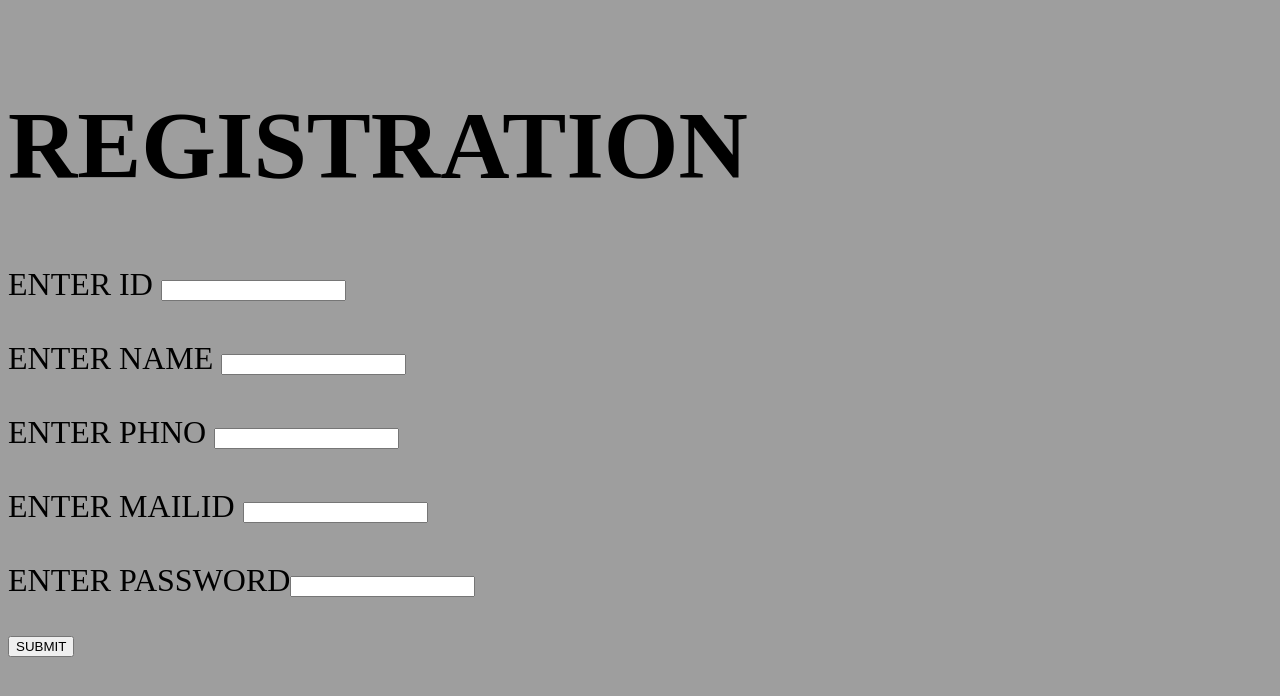
Repository: subhamsourabh265/LibManagementSystemJ2EE-
Page: library/WebContent/registration.html
These files come from the project's save history. The page is drawn as it stood at one moment and after the next save; the edit follows.
The browser window is 1280 px wide. The pictures show the whole page.

Above is the page before, as saved 2015-07-06 20:23:07.

### library/WebContent/registration.html
<!DOCTYPE html PUBLIC "-//W3C//DTD HTML 4.01 Transitional//EN" "http://www.w3.org/TR/html4/loose.dtd">
<html>
<head>
<meta http-equiv="Content-Type" content="text/html; charset=ISO-8859-1">
<title>Registration Page</title>
</head>
<body background="F:\IMAGES\wallpaper\hp_clean_blue_wallpaper_hp_computers_wallpaper_1600_1200_2748.jpg"><br>
<font size = 7 color = black ><h1><b>REGISTRATION</b></h1></font>
<form action="signup" method="post">
<font size = 6 color= black>
ENTER ID     <input type="text" name="n1"><br><br>
ENTER NAME   <input type="text" name="n2"><br><br>
ENTER PHNO   <input type="text" name="n3"><br><br>
ENTER MAILID <input type="text" name="n4"><br><br>
ENTER PASSWORD<input type="text" name="n5"><br><br>
<input type="submit" name="submit" value="SUBMIT">
</font>
</form>
</body>
</html>

After the next save:
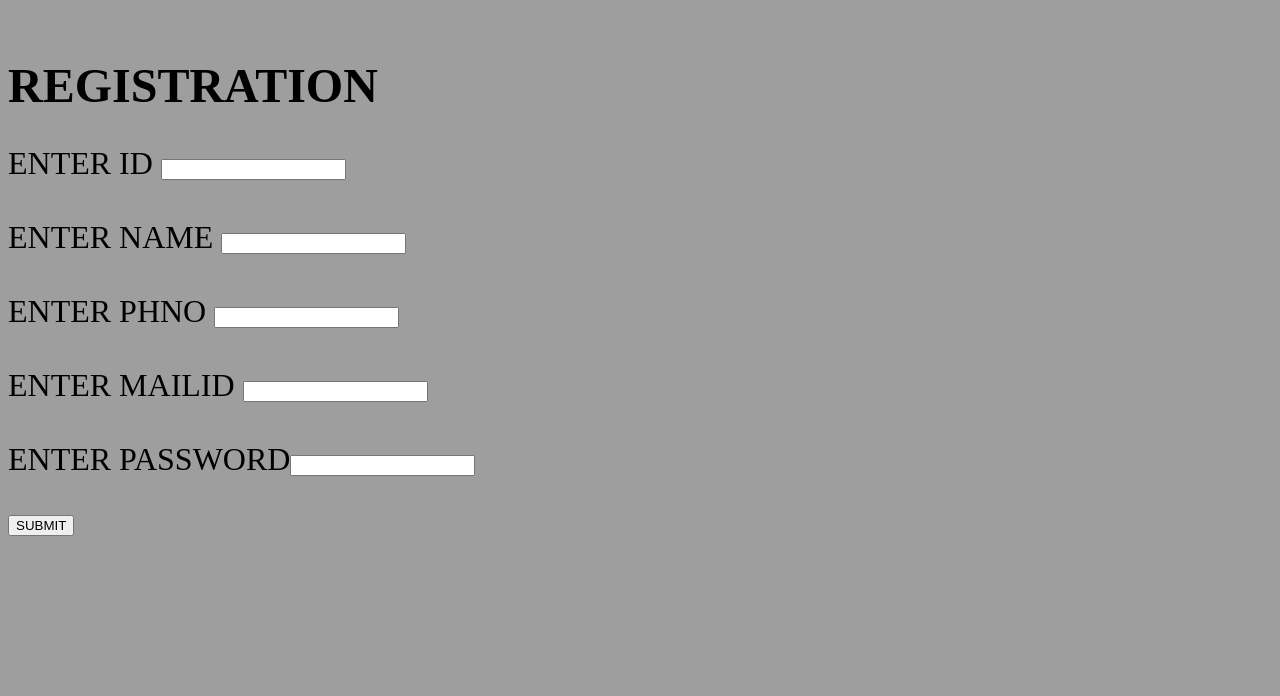
Saved 36 s later.
--- a/library/WebContent/registration.html
+++ b/library/WebContent/registration.html
@@ -5,7 +5,7 @@
 <title>Registration Page</title>
 </head>
 <body background="F:\IMAGES\wallpaper\hp_clean_blue_wallpaper_hp_computers_wallpaper_1600_1200_2748.jpg"><br>
-<font size = 7 color = black ><h1><b>REGISTRATION</b></h1></font>
+<font size = 5 color = black ><h1><b>REGISTRATION</b></h1></font>
 <form action="signup" method="post">
 <font size = 6 color= black>
 ENTER ID     <input type="text" name="n1"><br><br>
